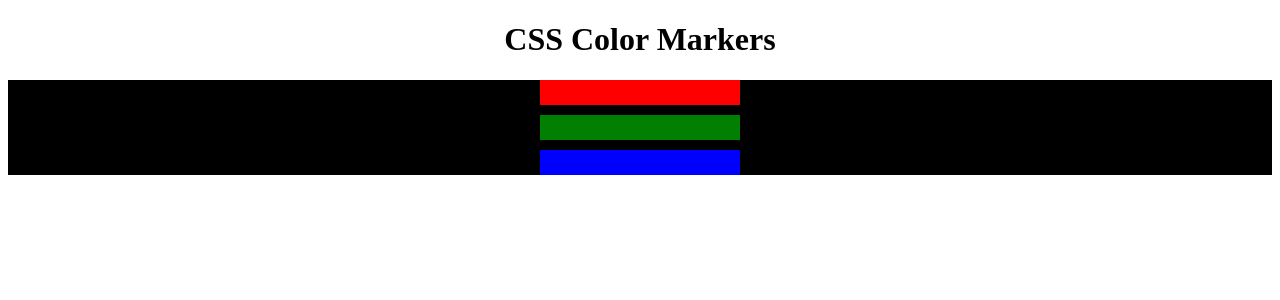
Repository: AimenDje/ColoredMarkers
Page: index.html
The author's editor kept a copy of each file at every save. The page is drawn from the files as they stood at one save, then again after the next save.
The browser window is 1280 px wide. The pictures show the whole page.

Above is the page before, as saved 2025-05-08 15:45:53.

### index.html
<!DOCTYPE html>
<html lang="en">
    <head>
        <meta charset="utf-8">
        <meta name="viewport" content="width=device-width, initial-scale=1.0">
        <link rel="stylesheet" href="styles.css">
        <title>Colored Markers</title>
    </head>
    <body>
        <h1>CSS Color Markers</h1>
        <div class="container">
            <div class="marker one">
            </div>
            <div class="marker two">
            </div>
            <div class="marker three">
            </div>
        </div>
      </body>
</html>

### styles.css
h1 {
    text-align:center;
}

.marker {
    width: 200px;
    height: 25px;
    margin: 10px auto;
  }

.one {
    background-color: rgb(255,0,0);
}

.two {
    background-color: rgb(0, 127, 0);
}

.three {
    background-color: rgb(0,0,255);
}

.container{
    background-color:rgb(0,0,0);
}

After the next save:
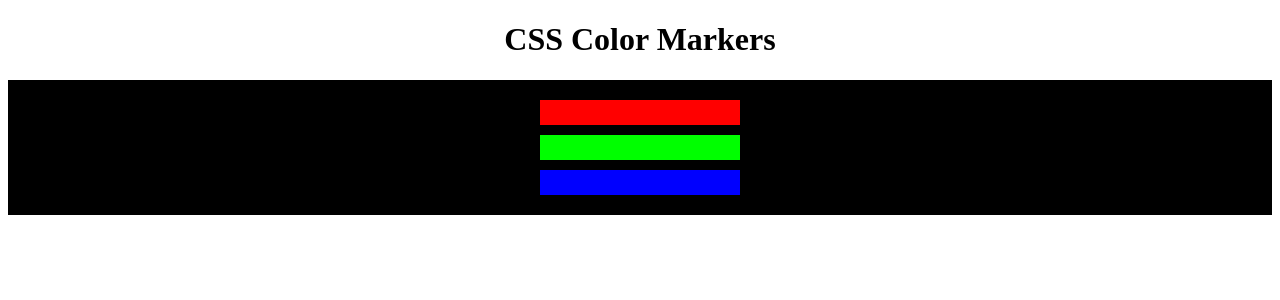
Saved 7 min 45 s later.
--- a/styles.css
+++ b/styles.css
@@ -13,13 +13,16 @@
 }
 
 .two {
-    background-color: rgb(0, 127, 0);
+    background-color: rgb(0, 255, 0);
 }
 
 .three {
     background-color: rgb(0,0,255);
 }
 
-.container{
-    background-color:rgb(0,0,0);
+.container {
+    background-color: rgb(0, 0, 0);
+    padding:10px;
+    padding-left:0px;
+    padding-right:0px;
 }
